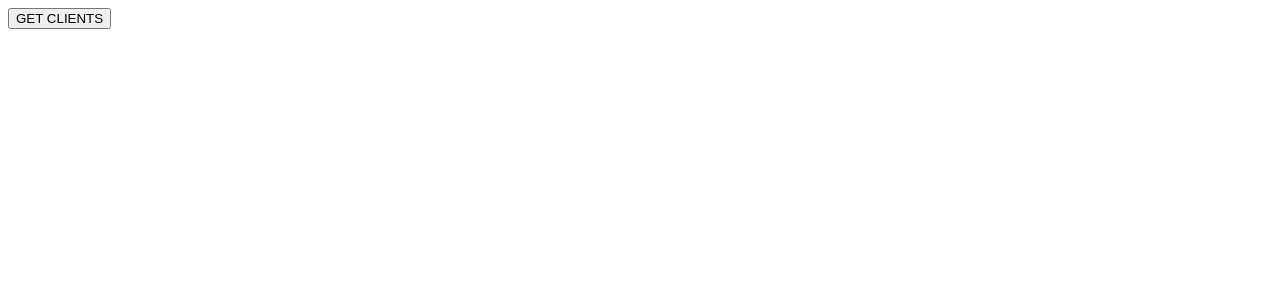
Repository: almendezl/MisionTIC
Page: index.html
These files come from the project's save history. The page is drawn as it stood at one moment and after the next save; the edit follows.
The browser window is 1280 px wide. The pictures show the whole page.

Above is the page before, as saved 2022-10-01 19:40:02.

### index.html
<html lang="en">
<head>
    <meta charset="UTF-8">
    <meta http-equiv="X-UA-Compatible" content="IE=edge">
    <meta name="viewport" content="width=device-width, initial-scale=1.0">
    <title>MISION TIC 2022 RETO 2</title>
</head>
<!-- add jquery api -->
<script src="https://ajax.googleapis.com/ajax/libs/jquery/3.6.1/jquery.min.js"></script>
<!-- add the file with the script -->
<script type="text/javascript" src="myScript.js"></script>
<body>
    <button onclick="getClients()">GET CLIENTS</button>

</body>
</html>

### myScript.js
function getClients(){

    $.ajax({
        url:'https://gbc0751b79176df-fy68ude9ajgxmklv.adb.us-ashburn-1.oraclecloudapps.com/ords/admin/client/client',
        type: 'GET',
        dataType: 'json',

        success: function(json){
            console.log(json);

        },
        error: function(xhr, status){
            alert("A problem has occurred");
        },
        complete: function(xhr, status){
            alert("Request made");
        }
    });

}

After the next save:
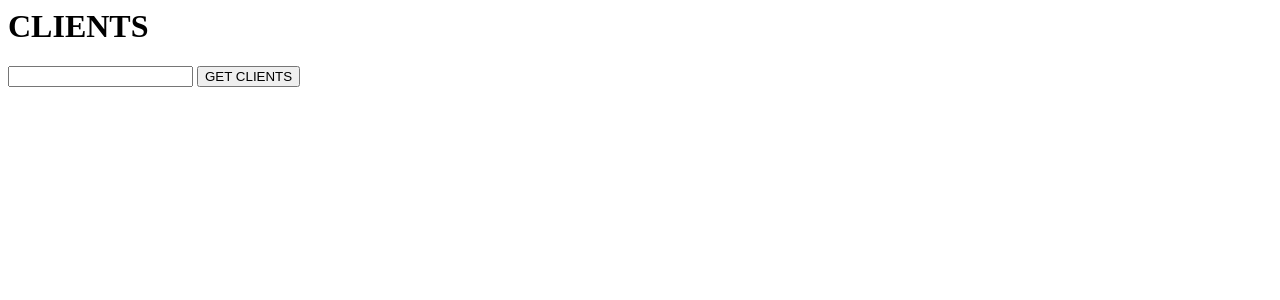
Saved 3 min 48 s later.
--- a/index.html
+++ b/index.html
@@ -10,6 +10,9 @@
 <!-- add the file with the script -->
 <script type="text/javascript" src="myScript.js"></script>
 <body>
+    <h1>CLIENTS</h1>
+
+    <input type="text" id="idClient">
     <button onclick="getClients()">GET CLIENTS</button>
 
 </body>
